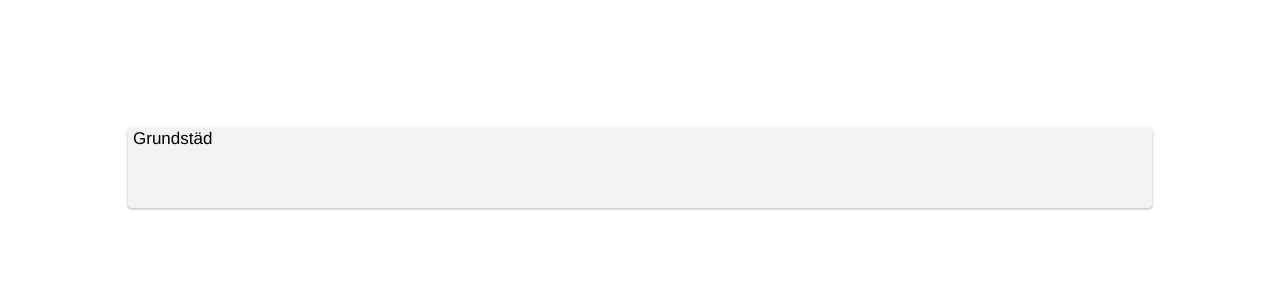
Repository: AdrianaLarsson/learning-react-adriana
Page: /
An editor plug-in stored every save of this project. The page is shown before and after the next save, followed by the edit.
The browser window is 1280 px wide. The pictures show the whole page.
The project was rebuilt for these pictures with package versions that can differ from the ones it lists, and the page was loaded fresh each time. Also part of the build but not shown: src/App.css, src/components/pixiLearn/pixi-learning.js, src/components/pixiLearn/reactTimline/timelinegant.js, src/components/pixiLearn/waypoint-mobile/navbaren.js, src/components/pixiLearn/waypoint-mobile/box-name-day-time.js, src/components/pixiLearn/waypoint-mobile/teamname.js, src/components/pixiLearn/waypoint-mobile/perosnal.js, src/components/pixiLearn/waypoint-mobile/trainsinfo.js and 3 more. Imported but missing from the stored project, and not drawn on this page: src/components/pixiLearn/styledComponentsWay/homestyles.

Above is the page before, as saved 2021-02-26 13:51:27.

After the next save:
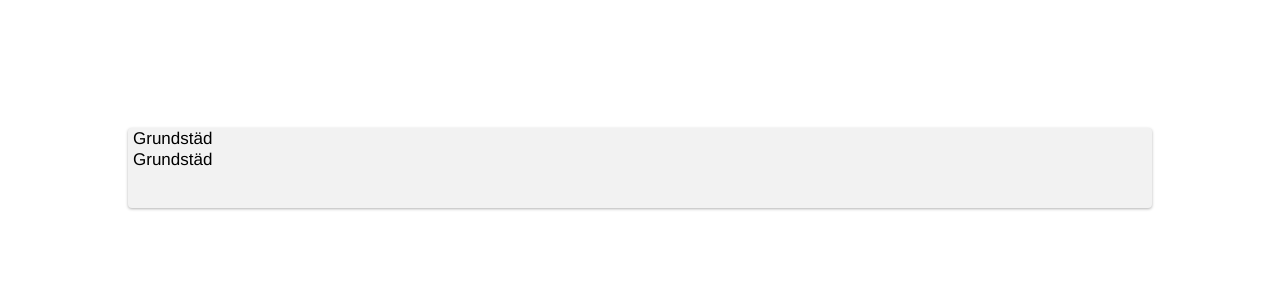
Saved 5 s later.
--- a/src/components/pixiLearn/atomic-design/ListGroup/listGroupactivity.js
+++ b/src/components/pixiLearn/atomic-design/ListGroup/listGroupactivity.js
@@ -10,7 +10,7 @@ function listGroupActivity() {
 <ListGroup>
   <ListGroup.Item><StyledCard>
     <HeaderBadge></HeaderBadge>
-
+    <HeaderBadge></HeaderBadge>
   </StyledCard>
   </ListGroup.Item>
 {/*   <ListGroup.Item><StyledCard>2</StyledCard></ListGroup.Item>
